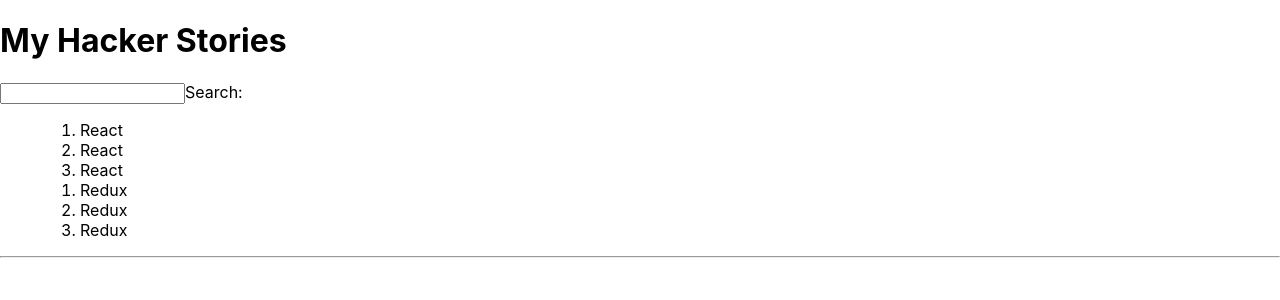
Repository: m-ahmadshaikh/FullStackProjects
Page: / (app in 03-react/hacker-stories/)
These files come from the project's save history. The page is drawn as it stood at one moment and after a run of saves; the edit follows.
The browser window is 1280 px wide. The pictures show the whole page.
The project was rebuilt for these pictures with package versions that can differ from the ones it lists, and the page was loaded fresh each time. Also part of the build but not shown: 03-react/hacker-stories/src/App.css.

Above is the page before, as saved 2022-08-24 09:40:52.

After the next 2 saves:
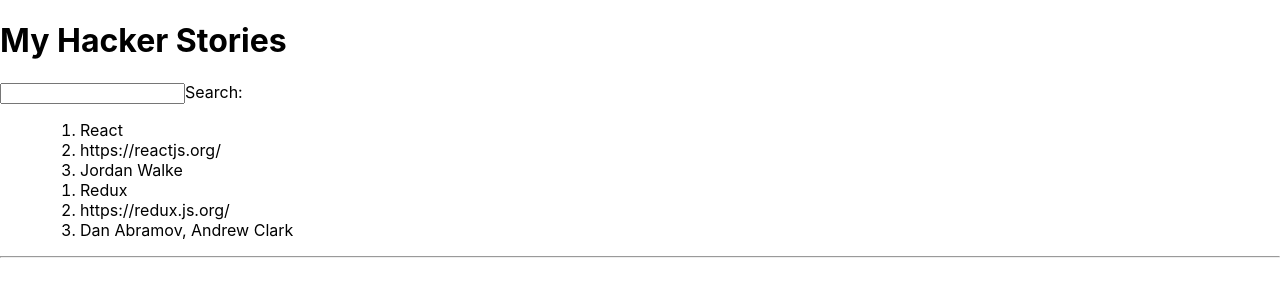
The 2 saves are shown as one change because they came seconds apart.
The last was saved 10 s later.
--- a/03-react/hacker-stories/src/App.jsx
+++ b/03-react/hacker-stories/src/App.jsx
@@ -21,10 +21,13 @@
     objectID: 1,
   },
 ];
-const newN = list.map((item) => <ol><li>{item.title}</li>
-<li>{item.title}</li>
-<li>{item.title}</li>
-</ol>);
+const newN = list.map((item) => (
+  <ol>
+    <li>{item.title}</li>
+    <li>{item.url}</li>
+    <li>{item.author}</li>
+  </ol>
+));
 function App() {
   return (
     <div>
